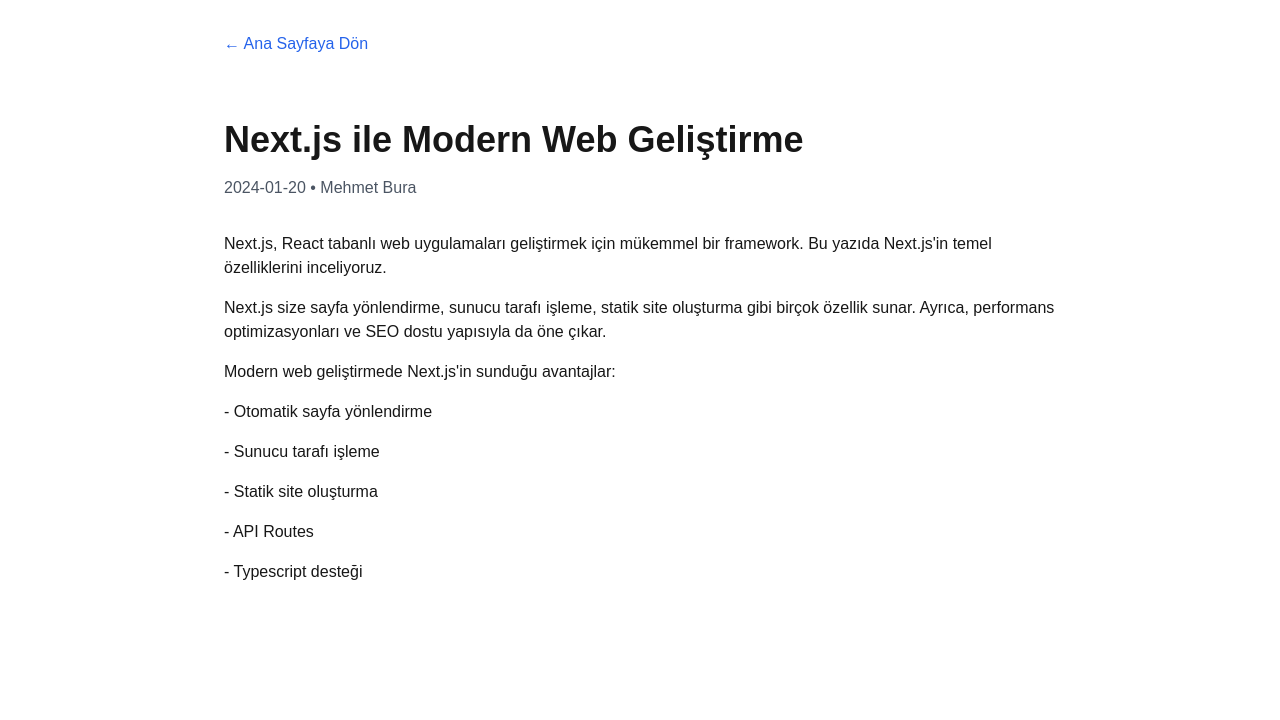
Repository: burakdemirrr/blog-app
Page: /blog/1
An editor plug-in stored every save of this project. The page is shown before and after the next save, followed by the edit.
The browser window is 1280 px wide. The pictures show the whole page.
The project was rebuilt for these pictures with package versions that can differ from the ones it lists, and the page was loaded fresh each time. The framework's server and built-in components were replaced by stand-ins that run in the browser. Also part of the build but not shown: next.config.js, next.config.ts.

Above is the page before, as saved 2024-12-29 22:26:51.

### src/app/blog/[id]/page.tsx
import React from 'react';
import { posts } from '@/data/posts';
import Link from 'next/link';
import { notFound } from 'next/navigation';

export default function BlogPost({ params }: { params: { id: string } }) {
  const post = posts.find(p => p.id === params.id);

  if (!post) {
    notFound();
  }

  return (
    <main className="min-h-screen p-8 max-w-4xl mx-auto">
      <Link href="/" className="text-blue-600 hover:underline mb-8 inline-block">
        ← Ana Sayfaya Dön
      </Link>

      <article className="mt-8">
        <h1 className="text-4xl font-bold mb-4">{post.title}</h1>
        <div className="text-gray-600 mb-8">
          <span>{post.date}</span> • <span>{post.author}</span>
        </div>

        <div className="prose prose-lg max-w-none">
          {post.content.split('\n').map((paragraph, index) => (
            <p key={index} className="mb-4">
              {paragraph.trim()}
            </p>
          ))}
        </div>
      </article>
    </main>
  );
}

### src/data/posts.ts
import { BlogPost } from '@/types/blog';

export const posts: BlogPost[] = [
  {
    id: '1',
    title: 'Next.js ile Modern Web Geliştirme',
    excerpt: 'Next.js, React tabanlı web uygulamaları geliştirmek için mükemmel bir framework. Bu yazıda Next.js\'in temel özelliklerini inceliyoruz...',
    content: `Next.js, React tabanlı web uygulamaları geliştirmek için mükemmel bir framework. Bu yazıda Next.js'in temel özelliklerini inceliyoruz.

    Next.js size sayfa yönlendirme, sunucu tarafı işleme, statik site oluşturma gibi birçok özellik sunar. Ayrıca, performans optimizasyonları ve SEO dostu yapısıyla da öne çıkar.

    Modern web geliştirmede Next.js'in sunduğu avantajlar:
    - Otomatik sayfa yönlendirme
    - Sunucu tarafı işleme
    - Statik site oluşturma
    - API Routes
    - Typescript desteği
    `,
    date: '2024-01-20',
    author: 'Mehmet Bura'
  },
  {
    id: '2',
    title: 'Web Tasarımında Modern Trendler',
    excerpt: '2024 yılında web tasarımında öne çıkan trendleri ve kullanıcı deneyimini iyileştiren modern yaklaşımları inceliyoruz...',
    content: `2024 yılında web tasarımında öne çıkan trendleri ve kullanıcı deneyimini iyileştiren modern yaklaşımları inceliyoruz.

    Minimalist tasarımlar, koyu mod desteği, ve mikroanimasyonlar gibi özellikler artık modern web sitelerinin vazgeçilmez parçaları haline geldi.

    İşte 2024'ün öne çıkan web tasarım trendleri:
    - Minimalist UI/UX
    - Koyu mod desteği
    - Mikroanimasyonlar
    - Özelleştirilebilir arayüzler
    - Erişilebilirlik odaklı tasarım
    `,
    date: '2024-01-18',
    author: 'Mehmet Bura'
  }
];

Loaded but not shown: src/app/layout.tsx (common file); src/app/globals.css (common file); tailwind.config.ts (common file)

After the next save:
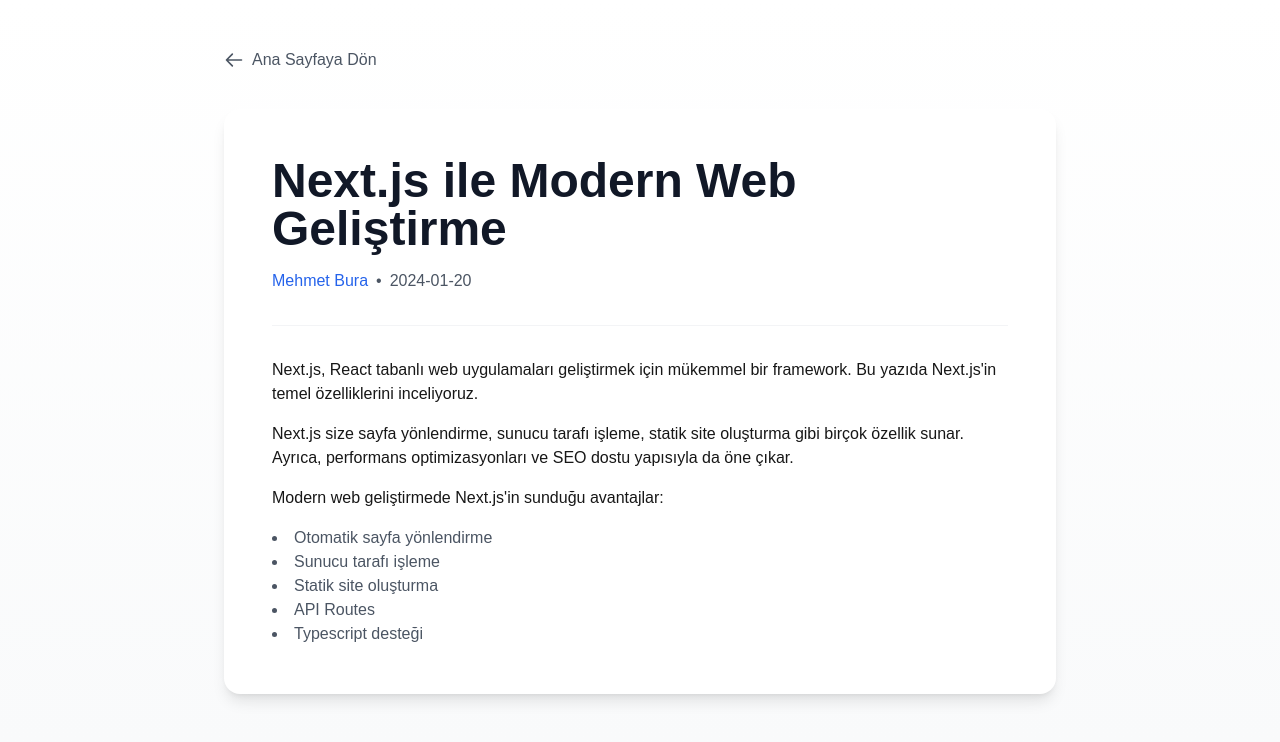
Saved 15 s later.
--- a/src/app/blog/[id]/page.tsx
+++ b/src/app/blog/[id]/page.tsx
@@ -11,25 +11,54 @@ export default function BlogPost({ params }: { params: { id: string } }) {
   }
 
   return (
-    <main className="min-h-screen p-8 max-w-4xl mx-auto">
-      <Link href="/" className="text-blue-600 hover:underline mb-8 inline-block">
-        ← Ana Sayfaya Dön
-      </Link>
+    <div className="min-h-screen bg-gradient-to-b from-white to-gray-50">
+      <main className="max-w-4xl mx-auto px-4 sm:px-6 lg:px-8 py-12">
+        <nav className="mb-8">
+          <Link
+            href="/"
+            className="inline-flex items-center text-gray-600 hover:text-blue-600 transition-colors"
+          >
+            <svg className="w-5 h-5 mr-2" fill="none" stroke="currentColor" viewBox="0 0 24 24">
+              <path strokeLinecap="round" strokeLinejoin="round" strokeWidth={2} d="M10 19l-7-7m0 0l7-7m-7 7h18" />
+            </svg>
+            Ana Sayfaya Dön
+          </Link>
+        </nav>
 
-      <article className="mt-8">
-        <h1 className="text-4xl font-bold mb-4">{post.title}</h1>
-        <div className="text-gray-600 mb-8">
-          <span>{post.date}</span> • <span>{post.author}</span>
-        </div>
+        <article className="bg-white rounded-2xl shadow-lg p-8 md:p-12">
+          <header className="mb-8 pb-8 border-b border-gray-100">
+            <h1 className="text-4xl md:text-5xl font-bold text-gray-900 mb-4">
+              {post.title}
+            </h1>
+            <div className="flex items-center text-gray-600">
+              <span className="text-blue-600">{post.author}</span>
+              <span className="mx-2">•</span>
+              <time dateTime={post.date}>{post.date}</time>
+            </div>
+          </header>
 
-        <div className="prose prose-lg max-w-none">
-          {post.content.split('\n').map((paragraph, index) => (
-            <p key={index} className="mb-4">
-              {paragraph.trim()}
-            </p>
-          ))}
-        </div>
-      </article>
-    </main>
+          <div className="prose prose-lg max-w-none prose-headings:text-gray-900 prose-p:text-gray-600">
+            {post.content.split('\n').map((paragraph, index) => {
+              const trimmedParagraph = paragraph.trim();
+              if (!trimmedParagraph) return null;
+
+              if (trimmedParagraph.startsWith('-')) {
+                return (
+                  <ul key={index} className="list-disc list-inside">
+                    <li className="text-gray-600">{trimmedParagraph.slice(1).trim()}</li>
+                  </ul>
+                );
+              }
+
+              return (
+                <p key={index} className="mb-4">
+                  {trimmedParagraph}
+                </p>
+              );
+            })}
+          </div>
+        </article>
+      </main>
+    </div>
   );
 }
